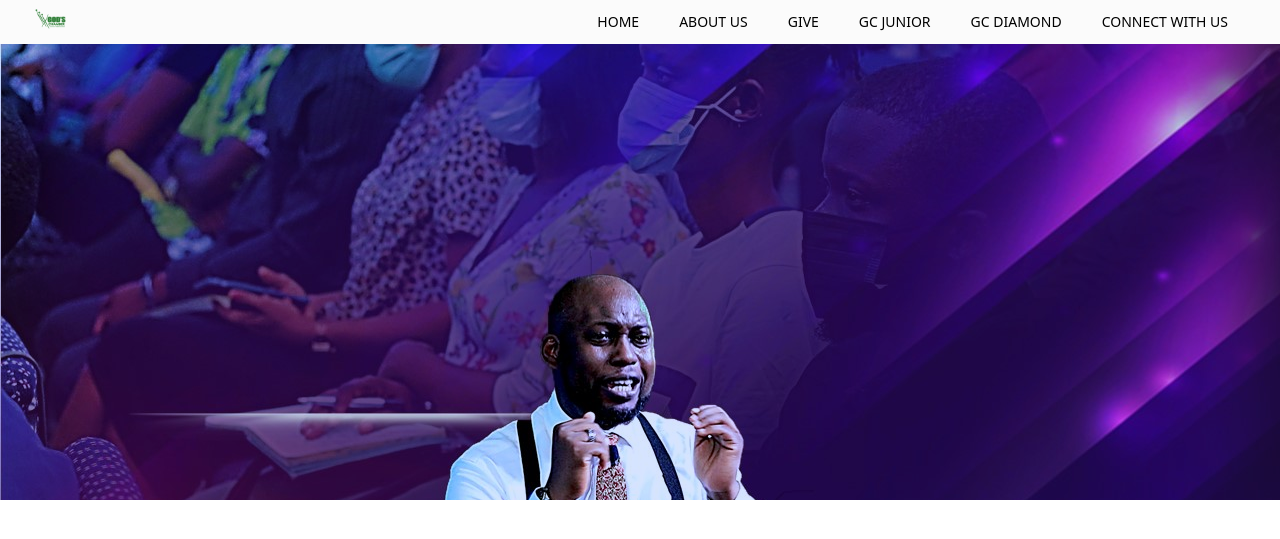
Repository: hisreal123/godschamber-church-main
Page: /
The author's editor kept a copy of each file at every save. The page is drawn from the files as they stood at one save, then again after the next save.
The browser window is 1280 px wide. The pictures show the whole page.
The project was rebuilt for these pictures with package versions that can differ from the ones it lists, and the page was loaded fresh each time. The framework's server and built-in components were replaced by stand-ins that run in the browser. Also part of the build but not shown: next.config.js.

Above is the page before, as saved 2022-08-14 22:38:36.

After the next save:
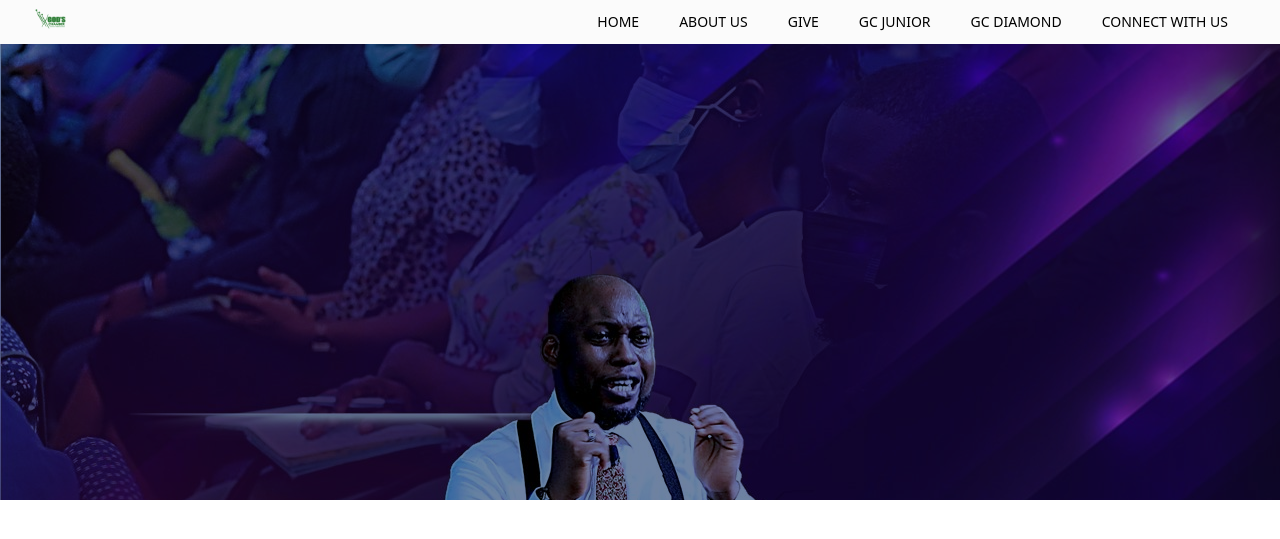
Saved 20 s later.
--- a/components/Banner.tsx
+++ b/components/Banner.tsx
@@ -2,7 +2,7 @@ import React from "react";
 
 const Banner = () => {
   return (
-    <div className=" bg-[url('/assets/Banner.jpg')] bg-no-repeat bg-center  bg-gray-500 bg-cover min-w-screen relative h-[500px] bg-blend-overlay	"></div>
+    <div className=" bg-[url('/assets/Banner.jpg')] bg-no-repeat bg-center  bg-gray-700 bg-cover min-w-screen relative h-[500px] bg-blend-overlay	"></div>
   );
 };
 
